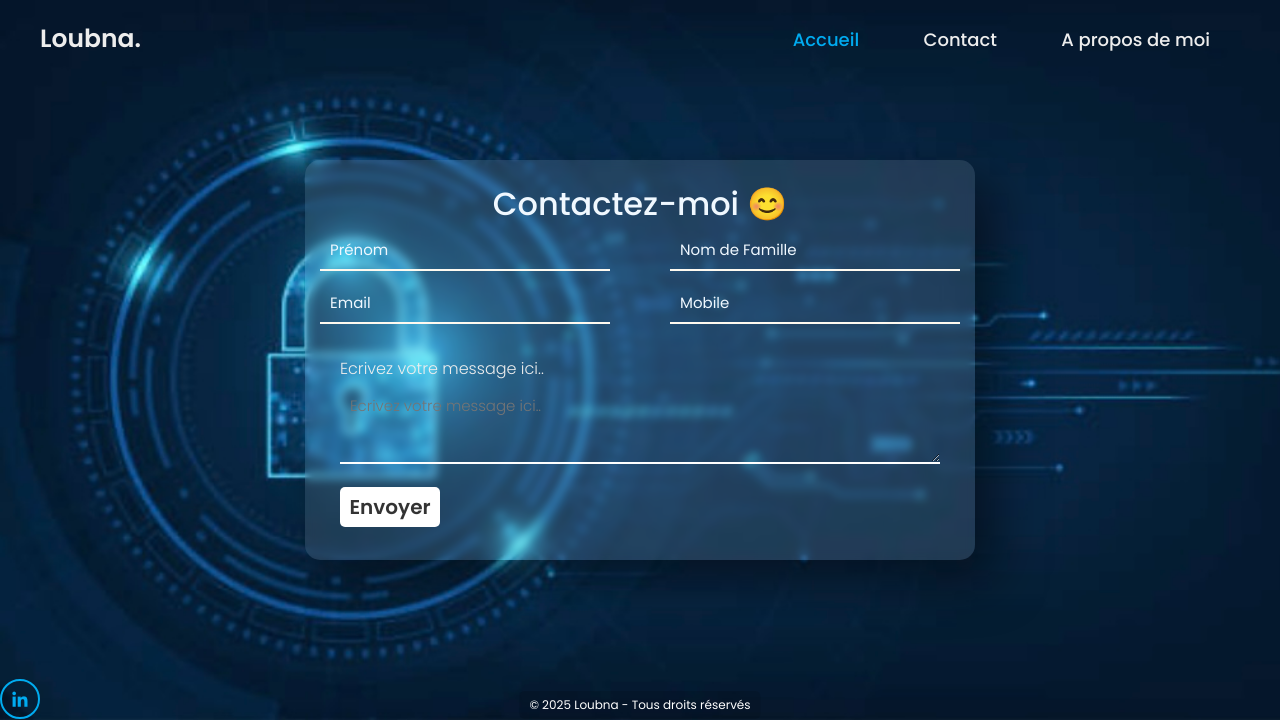
Repository: Loubna77290/Portfolio-de-Loubna
Page: contact.html
The author's editor kept a copy of each file at every save. The page is drawn from the files as they stood at one save, then again after the next save.
The browser window is 1280 px wide. The pictures show the whole page.

Above is the page before, as saved 2025-03-11 00:05:21.

### contact.html
<!DOCTYPE html>
<html lang="en">
<head>
    <meta charset="UTF-8">
    <meta name="viewport" content="width=device-width, initial-scale=1.0">
    <title>Fiche contact</title>
    <link rel="stylesheet" href="style.css">
    <link href='https://unpkg.com/boxicons@2.1.4/css/boxicons.min.css'rel='stylesheet'>
</head>
<body>

  <header class="header">
        <a href="#" class="logo">Loubna.</a>
         <nav class="navbar">
            <a href="/index.html"class="active">Accueil</a>
            <a href="/contact.html">Contact</a>
            <a href="about.html">A propos de moi</a>
        </nav>
    </header>

    <div class="contact-background">
        <form>
            <h1>Contactez-moi &#128522;</h1>
            <input type="text" id="firstname" placeholder="Prénom"required>
            <input type="text" id="lastname" placeholder="Nom de Famille"required>
            <input type="email" id="email" placeholder="Email"required>
            <input type="text" id="mobile" placeholder="Mobile"required>
            <h4>Ecrivez votre message  ici..</h4>
            <textarea id="message" placeholder="Ecrivez votre message ici.."required></textarea>
            <input type="submit" value="Envoyer" id="button">
        </form>



    </div>
    </section>

    <div class="home-sci">
        <a href="https://www.linkedin.com/in/loubna-m-baaa031a6/"target="_blank"><i class='bx bxl-linkedin'></i></a>
     </div>
</body>

    <footer>
        <p>&copy; 2025 Loubna - Tous droits réservés </p>
       </footer>
</html>

### style.css
@import url('https://fonts.googleapis.com/css2?family=Poppins:wght@300;400;500;600;700;800;900&display=swap');

* {
    margin: 0;
    padding: 0;
    box-sizing: border-box;
    font-family: 'Poppins', sans-serif;

}

body {
    background: #081b29;
    color: #ededed;

}

.header {
    position:fixed;
    top: 0;
    left:0;
    width: 100%;
    padding: 20px 10px;
    background: transparent;
    display: flex;
    justify-content: space-between;
    align-items: center;
    z-index: 100;
}


.logo {
    position: relative;
    margin-left: 30px;
    font-size: 25px;
    color: #ededed;
    text-decoration: none;
    font-weight: 600;

}

.logo::before {
    content: '';
    position: absolute;
    top: 0;
    right: 0;
    width: 100%;
    height: 100%;
    background: #081b29b6;
    animation: showRight 1s ease forwards;
    animation-delay: .4s;;
}

.navbar a {
    font-size: 18px;
    color: #ededed;
    text-decoration: none;
    font-weight: 500;
    margin-right: 60px;
    justify-content: flex-end;
    transition: .3s;

}

.navbar a:hover,
.navbar a.active {
    color: #00abf0;

}

.accueil {
    position: relative;
    height: 100vh;
    background: url(./IMG_7408.jpg) no-repeat center center;
    background-size: cover;
    display: flex;
    align-items: center;
    padding: 0 10%;

}

.accueil-contenu {
    background: transparent;
    max-width: 600px;


    }

.accueil-contenu h2 {
    font-size: 45px;
    font-weight: 700;
    line-height: 1.2;
    white-space: nowrap;
}

.accueil-contenu h2::before {
    content: '';
    position: absolute;
    top: 0;
    right: 0;
    width: 100%;
    height: 100%;
    background: #081b29;
    animation: showRight 1s ease forwards;
    animation-delay: 1s;
}

.accueil-contenu h3 {
    font-size: 30px;
    font-weight: 600;
    color: #0ff;

}

.accueil-contenu p {
    font-size: 16px;
    margin: 20px  0 40px;
    line-height: 1.2;
}

.accueil-contenu .btn-box {
    position: relative;
    display: flex;
    justify-content: space-between;
    width: 380px;
    height: 60px;

}

.accueil-contenu .btn-box::before {
    content: '';
    position: absolute;
    top: 0;
    right: 0;
    width: 100%;
    height: 100%;
    background: #081b294d;
    animation: showRight 1s ease forwards;
    animation-delay: 1.9s;
    z-index: 2;
}

.btn-box a {
    position: relative;
    display: inline-flex;
    justify-content: center;
    align-items: center;
    width: 150px;
    height: 110%;
    background: #00abf0;
    border: 2px solid #00abf0;
    border-radius: 8px;
    font-size: 19px;
    color: #081b29;
    text-align: center;
    text-decoration: none;
    font-weight: 600;
    letter-spacing: 1px;
    z-index: 1;
    overflow: hidden;
    transition: .5s;
}

.btn-box a:hover {
    color: #00abf0;

}

.btn-box a:nth-child(2) {
    background: transparent;
    color:#00abf0
}

.btn-box a:nth-child(2):hover {
    color:#081b29;
}


.btn-box a:nth-child(2)::before {
    background: #00abf0;
    }

.btn-box a::before {
    content: '';
    position: absolute;
    top: 0;
    left: 0;
    width: 0;
    height: 100%;
    background: #081b29;
    z-index: -1;
    transition: .5s;
}

.btn-box a:hover::before {
    width: 100%;
    }

.home-sci {
    position: absolute;
    bottom: 1px;
    width: 150px;
    display: flex;
    justify-content: space-between;
}

.home-sci::before {
    content: '';
    position: absolute;
    top: 0;
    right: 0;
    width: 100%;
    height: 100%;
    background: #081b29;
    animation: showRight 1s ease forwards;
    animation-delay: 2.5s;
    z-index: 2;
}

.home-sci a {
    position: relative;
    display: inline-flex;
    justify-content: center;
    align-items: center;
    width: 40px;
    height: 40px;
    background: transparent;
    border: 2px solid #00abf0;
    border-radius: 50%;
    font-size: 20px;
    text-decoration: none;
    z-index: 1;
    overflow: hidden;
    transition: .5s;
    color: #00abf0;
}

.home-sci a:hover {
    color: #081b29;

}
.home-sci a::before {
    content: '';
    position: absolute;
    top: 0;
    left: 0;
    width: 0;
    height: 100%;
    background:#00abf0;
    transition: .5s;
    z-index: -1;
}

.home-sci a:hover::before {
    width: 100%;
}

/* KEYFRAMES ANIMATION */
@keyframes showRight {
    100% {
        width: 0;
    }
}

.contact-background  {
    background: url('IMG_7400.jpg');
    min-height: 100vh;
    height: 100vh;
    background-size: cover;
    display: flex;
    justify-content: center;
    align-items: center;
}

.contact-background form {
    width: 670px;
    height: 400px;
    display: flex;
    justify-content: center;
    box-shadow: 20px 20px 50px rgba(0, 0, 0, 0.5);
    border-radius: 15px;
    background: rgba(255,255,255,0.1);
    backdrop-filter: blur(5px);
    flex-wrap: wrap;
}

.contact-background h1 {
    color: aliceblue;
    font-weight: 500;
    margin-top: 20px;
    width: 500px;
    text-align: center;
}

.contact-background form input {
    width: 290px;
    height: 40px;
    padding-left: 10px;
    outline: none;
    border: none;
    font-size: 15px;
    margin-bottom: 10px;
    background: none;
    border-bottom: 2px solid floralwhite;
     }


 .contact-background form input::placeholder {
    color: aliceblue;
 }

 .contact-background form #lastname,
 .contact-background form #mobile {
    margin-left: 60px;

 }
.contact-background form h4 {
    font-weight: 300;
    width: 600px;
    margin-top: 20px;
}

.contact-background form textarea {
    background: none;
    border: none;
    border-bottom: 2px solid #ffff;
    color: #ffff;
    font-weight: 200;
    font-size: 15px;
    padding: 10px;
    outline: none;
    min-width: 600px;
    max-width: 600px;
    min-height: 80px;
    max-height: 80px;

}

textarea::-webkit-scrollbar {
     width: 1em;
}

textarea::-webkit-scrollbar-thumn {
    background-color: #ffff;

}


.contact-background form #button {
    border: none;
    background: #ffff;
    border-radius: 5px;
    margin-top: 20px;
    font-weight: 600;
    font-size: 20px;
    color: #333;
    width: 100px;
    padding: 0;
    margin-right: 500px;
    margin-bottom: 30px;
    transition: 0.3s;

}


.contact-background form #button:hover {
    opacity: 0.7;

}
/* footer page à propos de moi  */
footer {
    position: absolute;
    bottom: 1px;
    left: 50%;
    transform: translate(-50%);
    background: rgba(0, 0, 0, 0.116);
    color: white;
    padding: 5px 10px;
    font-size: 12px;
    border-radius: 5px;
    z-index: 10;
}

.about-background  {
    background: url('IMG_7400.jpg');
    height: 100vh;
    background-size: cover;
    display: flex;
}

/* contenu de la page à propos de moi  */
.about-content {
    display: flex;
    flex-direction: column;
    justify-content: baseline;
    margin-top: 40px;
    width: 100%;
}

.about-content h1 {
    font-weight: 900;
    color: #ededed;
   margin-left: 120px;
}

.about-content p {
    padding: 30px;
    color: #ffff;
    text-align: left;
}

.about-content h2 {
    font-weight: 900;
    color: #ededed;
   margin-left: 100px;
}

.about-background {
    display: flex;
    justify-content: space-between;
    align-items:flex-start;
    padding: 50px;
}
.about-content {
    width: 55%;
}

.about-skills {
    margin: 100px;
    width: 40%;
    background: rgba(255,255,255,0.1);
    padding: 20px;
    border-radius: 10px;

}

.about-skills h2 {
    color: #00abf0;
    margin-bottom: 10px;
}

.about-skills ul {
    list-style: none;
    padding: 0;

}

.about-skills li {
    font-size: 16px;
    margin-bottom: 25px;
 }

 .about-content {
    opacity: 0;
    animation: fadeIn 1s ease-in forwards;
    animation-delay: 1s;
 }

 .about-skills {
     opacity: 0;
     animation: fadeIn 1s ease-in forwards;
     animation-delay: 3s;
    }

    /* mise en place d'animation avec keyframe  */

    @keyframes fadeIn {
        from{
            opacity: 0;
            transform: translateY(20px);
        }
        to {
            opacity: 1;
            transform: translateY(0);
        }
    }


    /* style fiche contact css  */

After the next save:
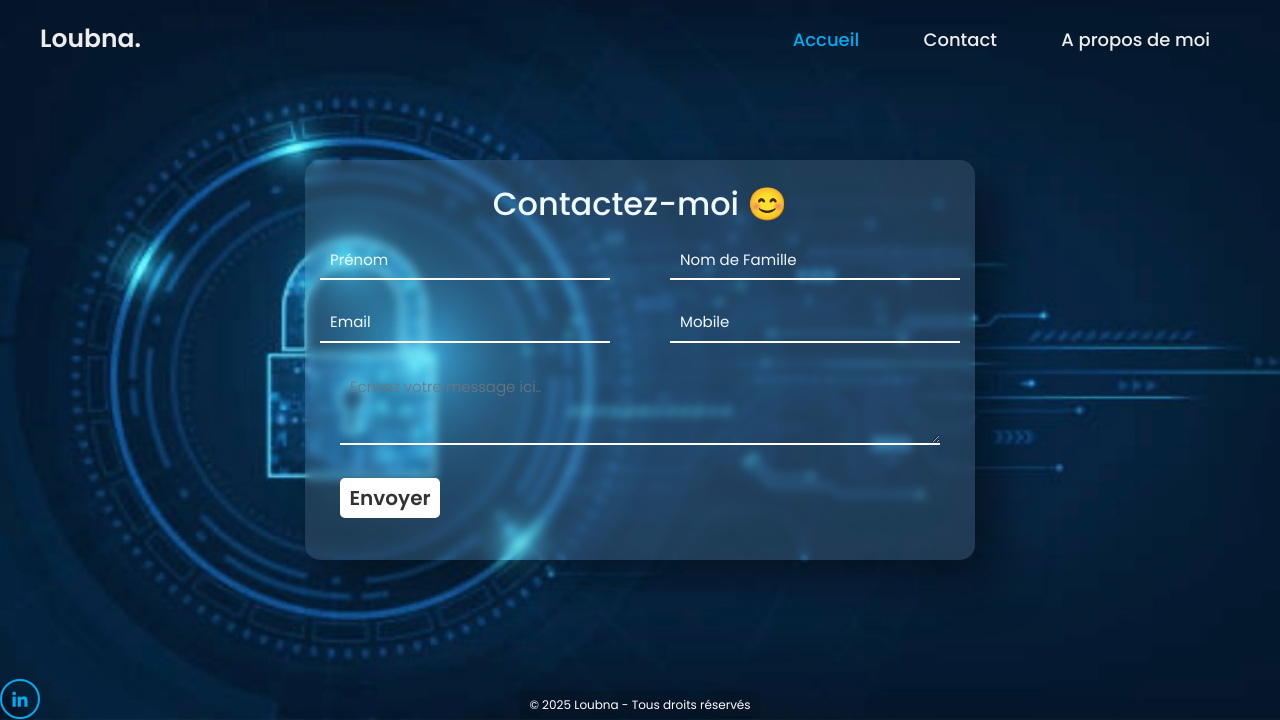
Saved 44 s later.
--- a/contact.html
+++ b/contact.html
@@ -25,7 +25,7 @@
             <input type="text" id="lastname" placeholder="Nom de Famille"required>
             <input type="email" id="email" placeholder="Email"required>
             <input type="text" id="mobile" placeholder="Mobile"required>
-            <h4>Ecrivez votre message  ici..</h4>
+
             <textarea id="message" placeholder="Ecrivez votre message ici.."required></textarea>
             <input type="submit" value="Envoyer" id="button">
         </form>
